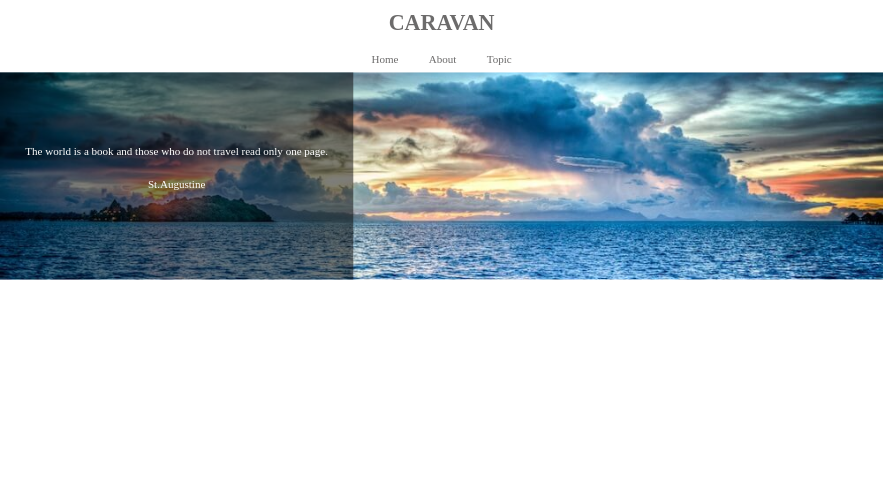
Repository: Raychel-310/chapter10
Page: chapter6/chapter6.html
The author's editor kept a record of every edit. The page is drawn from the files as they stood at one moment, then again after the next edit.
The browser window is 1280 px wide. The pictures show the whole page, at 69% of full size.

Above is the page before.

### chapter6/chapter6.html
<!DOCTYPE html>
<html lang="ja">
  <head>
    <meta charset="UTF-8" />
    <!-- CSSファイルの読み込み -->
    <link rel="stylesheet" href="chapter6.css" />
    <title>CARAVAN</title>
  </head>

<body>
  <!--header-->
  <header>
    <h1 class="heading">
      <a href="index.html">
        CARAVAN
      </a>
    </h1>
  </header>

  <!--navigation-->
  <nav>
    <ul class="nav-list">
      <li class="nav-list-item">
        <a href="index.html">Home</a>
      </li>
      <li class="nav-list-item">About</li>
      <li class="nav-list-item">Topic</li>
    </ul>
  </nav>

  <!--mainvisual用のdiv-->
  <div class="main-visual">
    <div class="main-visual-content">
      <!--pタグと文字を追加-->
      <p class="main-visual-text">
        The world is a book and those who do not travel read only one page.
      </p>
      <p class="main-visual-name">
        St.Augustine
      </p>
    </div>
  </div>
</body>

### chapter6/chapter6.css
/* ブラウザがそれぞれ持っているCSSをリセットするための記述 */
* {
  margin: 0;
  padding: 0;
  box-sizing: border-box;
  color: #6c6b6b;
}

a {
  text-decoration: none;
}

header {
  width: 90%;
  padding: 15px 0;
  margin: 0 auto;
  text-align: center;
}

header .heading{
  /*headerタグ内のheadingクラスにのみ反映される*/
  font-size: 32px;
}

.nav-list {
  text-align: center;
  padding: 10px 0;
  margin: 0 auto;
}

.nav-list-item {
  list-style: none;
  display: inline-block;
  margin: 0 20px;
}

.main-visual {
  width: 100%;
  height: 300px;
  background-image: url(img/mv.jpg);
  background-size: cover; /* 縦横比を維持したまま背景領域を埋め尽くす */
  background-position: center; /* 背景画像を中央に配置 */
}

.main-visual-content {
  width: 40%;
  height: 300px;
  background-color: rgba( 0, 0, 0, 0.5); /* 背景色を半透明の黒にする */
  text-align: center; /* 文字を中央揃えにする */
  padding-top: 105px; /* 上側の内側余白で垂直方向の位置を調整 */
}

.main-visual-text {
  color: #fff; /* 文字色を白に変更 */
}

.main-visual-name {
  margin-top: 30px; /* 上側の外側の余白 */
  color: #fff; /* 文字色を白に変更 */
}

.main {
  width: 840px;
  display: flex;
  justify-content: center;
  margin: 0 auto;
}

.blog {
  width: 600px;
  height: 1400px;
}

.sidebar {
  width: 240px;
  height: 1400px;
}

footer {
  width: 100%;
  height: 120px;
  text-align: center;
  line-height: 120px;
  background-color: #848282
}

.footer-text {
  color: #fff;
}

After the next edit:
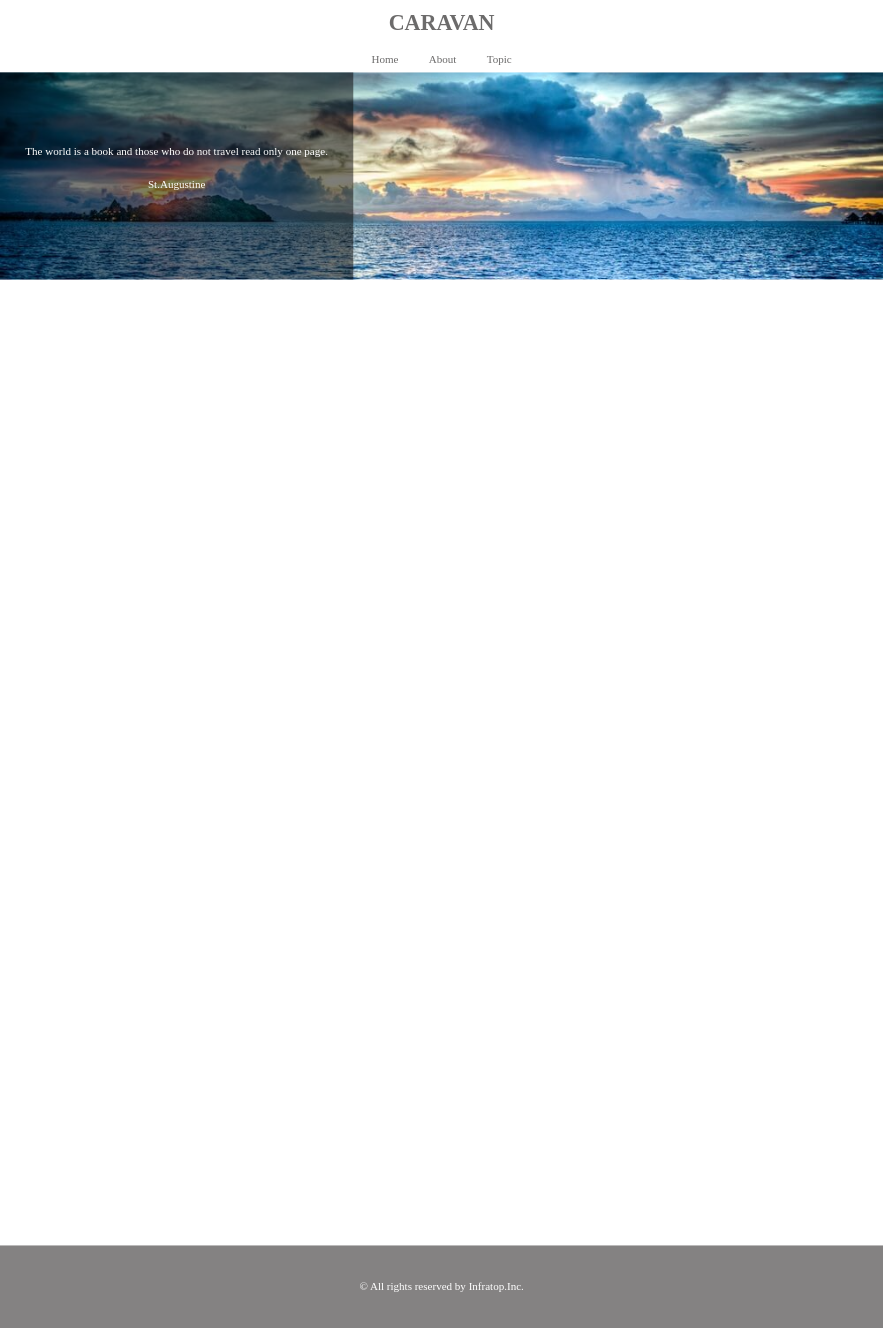
The edit:
--- a/chapter6/chapter6.html
+++ b/chapter6/chapter6.html
@@ -40,4 +40,15 @@
       </p>
     </div>
   </div>
+
+  <!--main用のdiv-->
+  <div class="main">
+    <div class="blog"></div>
+    <div class="sidebar"></div>
+  </div>
+
+  <!--footer-->
+  <footer>
+    <p class="footer-text">© All rights reserved by Infratop.Inc.</p>
+  </footer>
 </body>
